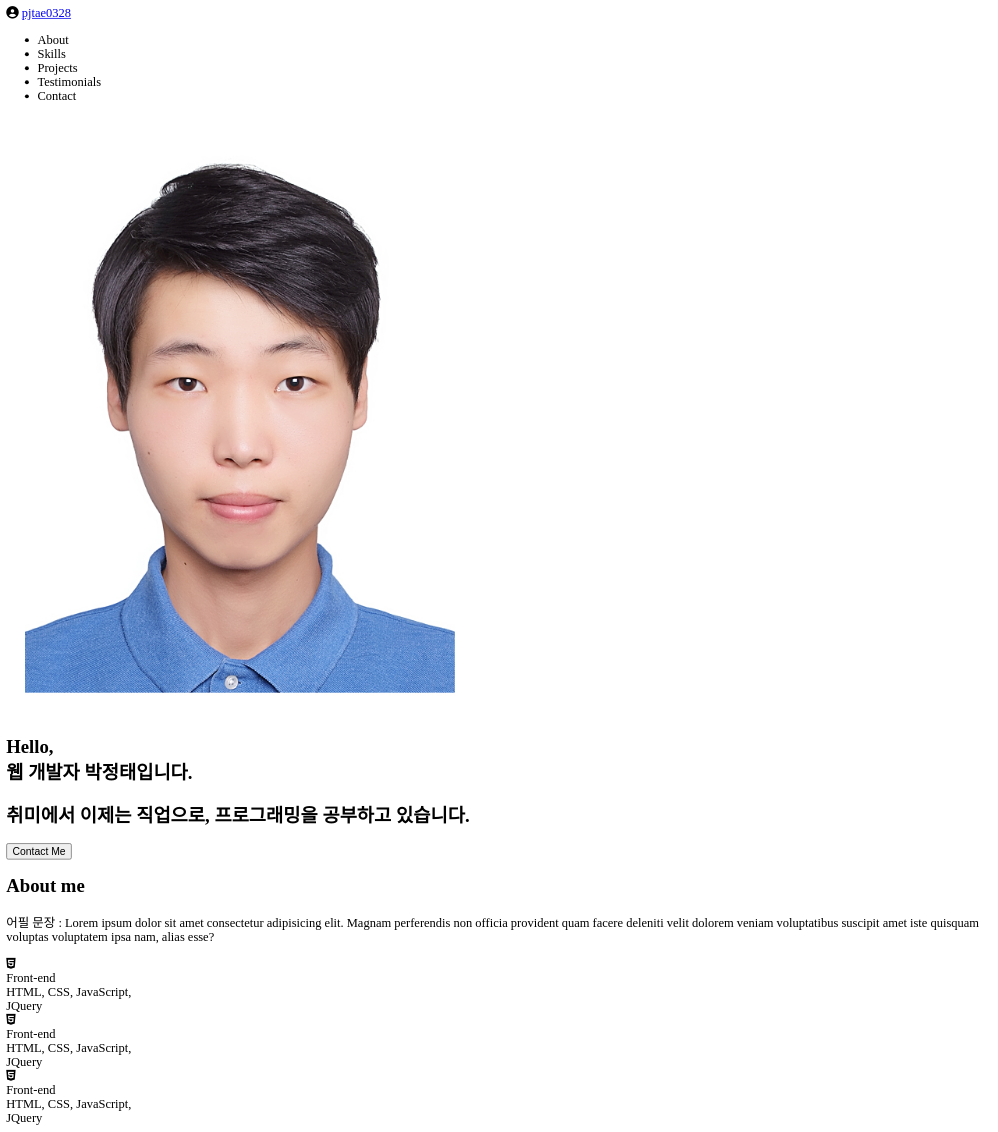
Repository: pjtae0328/Portfolio
Page: index.html
These files come from the project's save history. The page is drawn as it stood at one moment and after the next save; the edit follows.
The browser window is 1280 px wide. The pictures show the whole page, at 78% of full size.
Some web libraries are served in a nearby version.

Above is the page before, as saved 2021-08-26 21:38:14.

### index.html
<!DOCTYPE html>
<html lang="ko">

<head>
    <meta charset="UTF-8">
    <meta http-equiv="X-UA-Compatible" content="IE=edge"> <!-- ie 호환성보기 무시 -->
    <meta name="viewport" content="width=device-width, initial-scale=1.0">
    <title>박정태 포트폴리오</title>

    <!-- 설명 / 작성자 -->
    <meta name="description" content="준비된 개발자 박정태의 포트폴리오 입니다.">
    <meta name="author" content="박정태">

    <!-- 아이콘 -->
    <link rel="icon" type="image/png" href="imgs/favicon.png" />

    <!-- fontawesome -->
    <script src="https://kit.fontawesome.com/0d232bdc2d.js" crossorigin="anonymous">
    </script>

    <!-- font -->
    <link rel="preconnect" href="https://fonts.googleapis.com">
    <link rel="preconnect" href="https://fonts.gstatic.com" crossorigin>
    <link href="https://fonts.googleapis.com/css2?family=Noto+Sans+KR:wght@400;500;700&display=swap" rel="stylesheet">

    <!-- css / js -->
    <link rel="stylesheet" href="style.css" />
    <script src="main.js" defer></script>

<body>
    <!-- Nav Bar -->
    <nav id="navbar">
        <div class="navbar__logo">
            <i class="fas fa-user-circle"></i>
            <a href="#">pjtae0328</a>
        </div>
        <ul class="navbar__menu">
            <li class="navbar__menu__item">About</li>
            <li class="navbar__menu__item">Skills</li>
            <li class="navbar__menu__item">Projects</li>
            <li class="navbar__menu__item">Testimonials</li>
            <li class="navbar__menu__item">Contact</li>
        </ul>
    </nav>

    <!-- Home -->
    <section class="home">
        <img src="/imgs/profile.jpg" alt="profile photo" class="home__avatar">
        <h1 class="home__title">Hello, <br>웹 개발자 박정태입니다.</h1>
        <h2 class="home__discription">취미에서 이제는 직업으로, 프로그래밍을 공부하고 있습니다.</h2>
        <button class="home__contact">Contact Me</button>
    </section>

    <!-- About -->
    <section class="about">
        <h1>About me</h1>
        <p>어필 문장 : Lorem ipsum dolor sit amet consectetur adipisicing elit. Magnam perferendis non officia provident quam facere deleniti velit dolorem veniam voluptatibus suscipit amet iste quisquam voluptas voluptatem ipsa nam, alias esse?</p>
        <div class="about__majors">
            <div class="major">
                <div class="major__icon">
                    <i class="fab fa-html5"></i>
                </div>
                <div class="major_title">Front-end</div>
                <div class="major__description">
                    HTML, CSS, JavaScript,
                    <br>JQuery
                </div>
            </div>
            <div class="major">
                <div class="major__icon">
                    <i class="fab fa-html5"></i>
                </div>
                <div class="major_title">Front-end</div>
                <div class="major__description">
                    HTML, CSS, JavaScript,
                    <br>JQuery
                </div>
            </div>
            <div class="major">
                <div class="major__icon">
                    <i class="fab fa-html5"></i>
                </div>
                <div class="major_title">Front-end</div>
                <div class="major__description">
                    HTML, CSS, JavaScript,
                    <br>JQuery
                </div>
            </div>
        </div>
    </section>

    <!-- Skills -->
    <section class="skills"></section>

    <!-- Projects -->
    <section class="projects"></section>

    <!-- Testimonials -->
    <section class="testimonials"></section>

    <!-- Contect -->
    <section class="contect"></section>


</html>

Loaded but not shown: style.css (no stored copy; drawn as an empty file); main.js (no stored copy; drawn as an empty file)

After the next save:
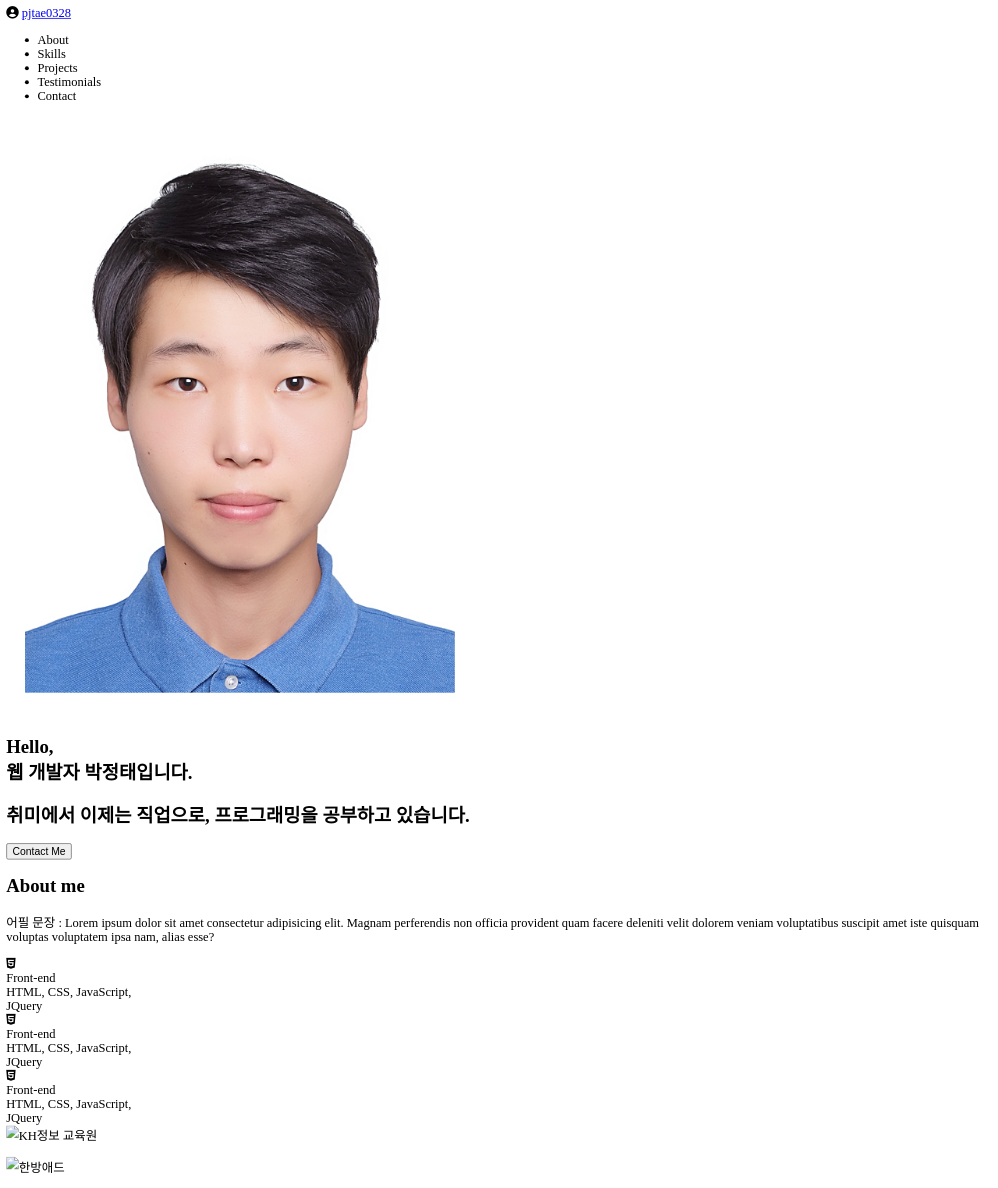
Saved 3 min 53 s later.
--- a/index.html
+++ b/index.html
@@ -86,6 +86,19 @@
                     <br>JQuery
                 </div>
             </div>
+
+            <div class="about__experience">
+                <div class="experience">
+                    <img src="" alt="KH정보 교육원">
+                    <p class="experience__name"></p>
+                    <p class="experience__period"></p>
+                </div>
+                <div class="experience">
+                    <img src="" alt="한방애드">
+                    <p class="experience__name"></p>
+                    <p class="experience__period"></p>
+                </div>
+            </div>
         </div>
     </section>
 
